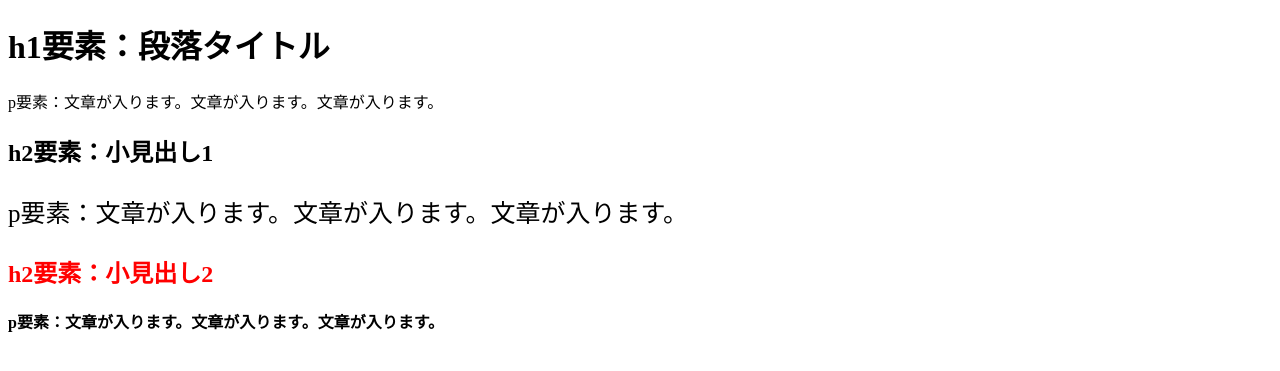
Repository: IzIzKen/samurai_HTML-CSS
Page: HTML CSSを学びWebプログラミングの第一歩を踏み出そう/3章 CSSの導入/index_class.html
The author's editor kept a record of every edit. The page is drawn from the files as they stood at one moment, then again after the next edit.
The browser window is 1280 px wide. The pictures show the whole page.

Above is the page before.

After the next edit:
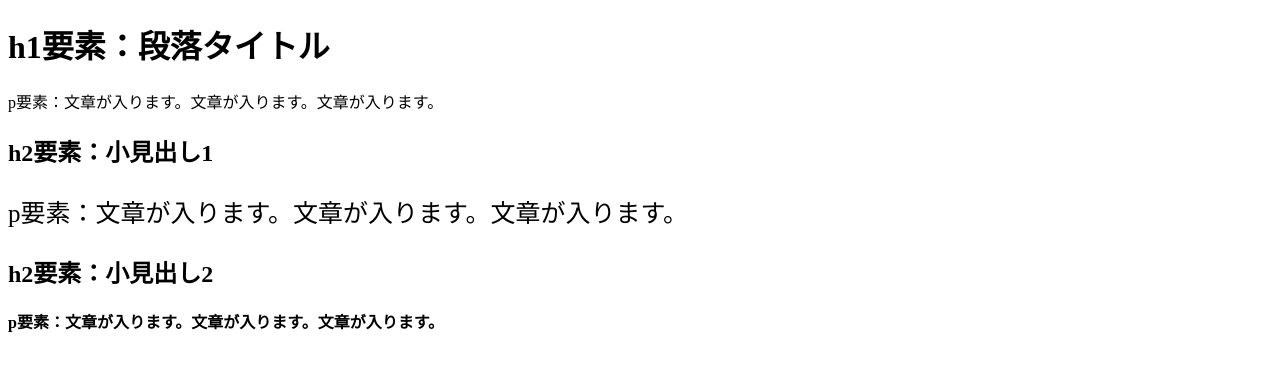
The edit:
--- a/HTML CSSを学びWebプログラミングの第一歩を踏み出そう/3章 CSSの導入/index_class.html
+++ b/HTML CSSを学びWebプログラミングの第一歩を踏み出そう/3章 CSSの導入/index_class.html
@@ -19,7 +19,7 @@
     <p style="font-size: 25px;">
         p要素：文章が入ります。文章が入ります。文章が入ります。
     </p>
-    <h2 id="red">h2要素：小見出し2</h2>
+    <h2 class="bule">h2要素：小見出し2</h2>
     <p style="font-weight: bold">
         p要素：文章が入ります。文章が入ります。文章が入ります。
     </p>
